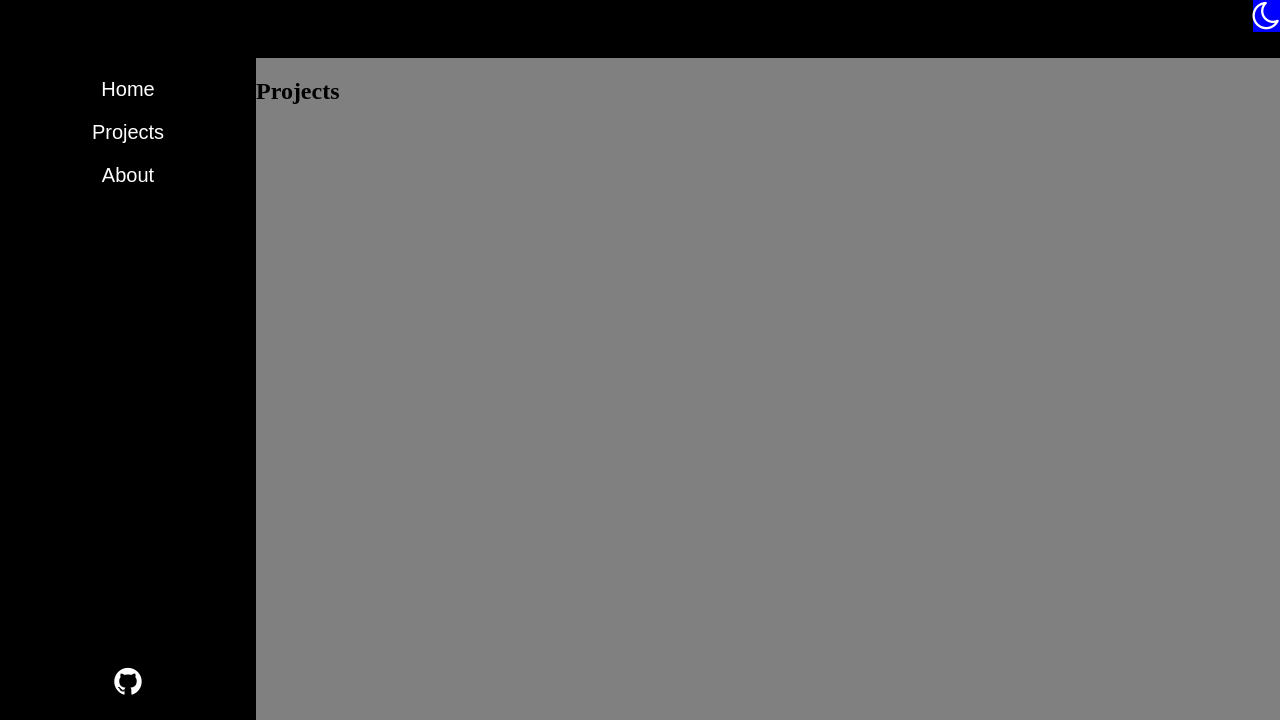
Repository: josephinel6/josephinel6.github.io
Page: index.html
The author's editor kept a copy of each file at every save. The page is drawn from the files as they stood at one save, then again after the next save.
The browser window is 1280 px wide. The pictures show the whole page.

Above is the page before, as saved 2023-04-05 08:10:18.

After the next save:
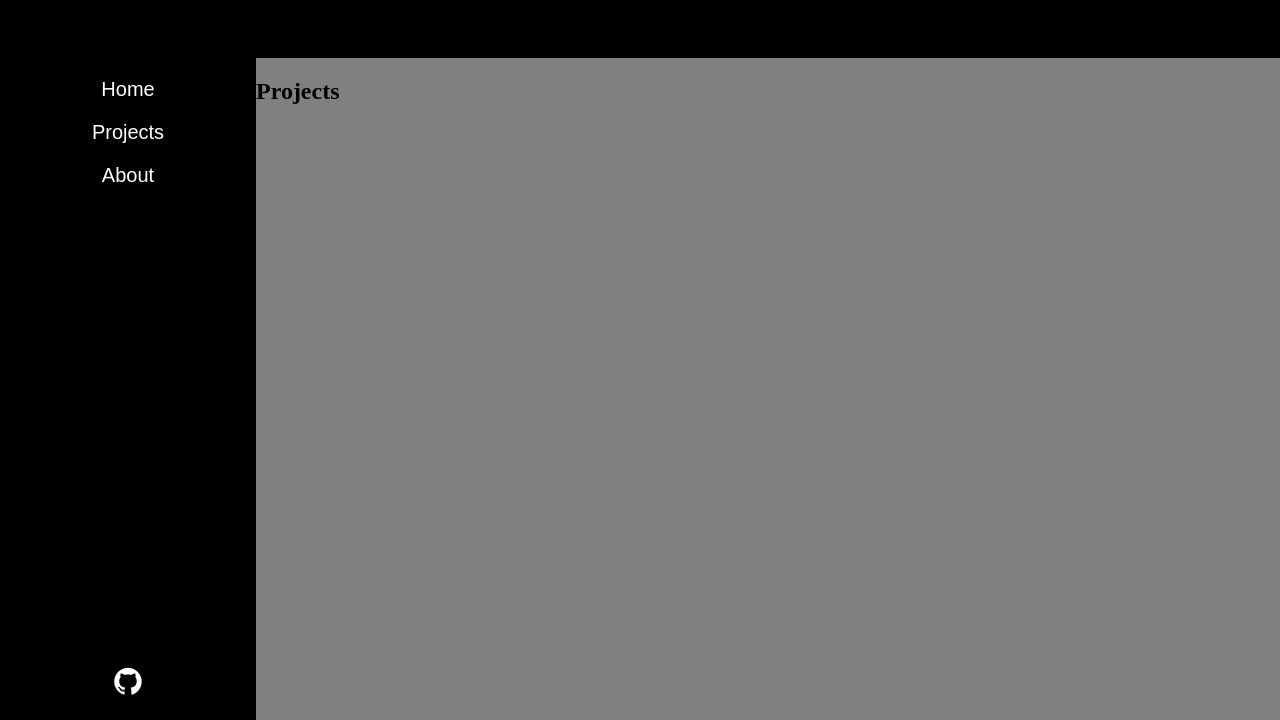
Saved 8 s later.
--- a/index.html
+++ b/index.html
@@ -110,8 +110,7 @@
         </div>
     </div>
     <div id="topbar">
-        <i onclick="daynight()" class="fa fa-moon-o fa-2x day-night"
-            style="color: white; z-index: 2; background-color: blue; position: absolute; right: 0; top: 0; "></i>
+        <i onclick="daynight()" class="fa fa-moon-o fa-2x day-night"></i>
     </div>
     <div id="window">
         <div id="homepage" class="tabcontent">

After the 2 saves that followed:
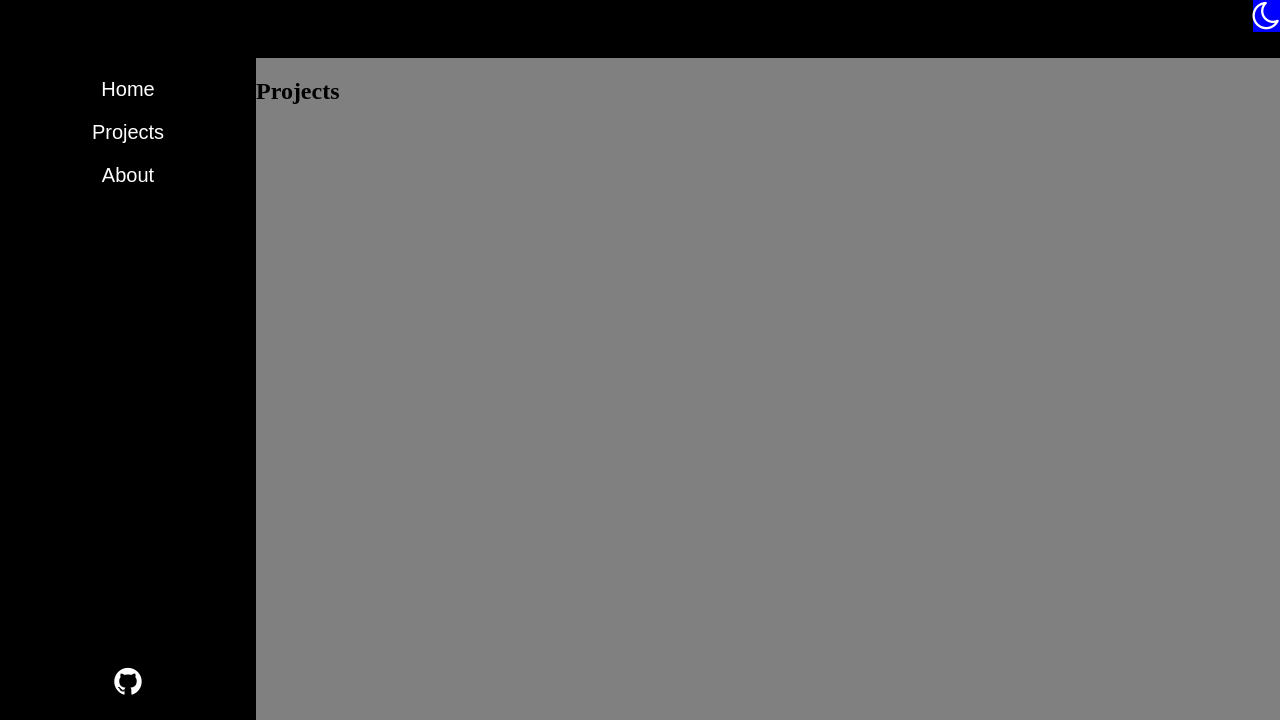
The 2 saves are shown as one change because 1 left the picture as it was.
The last was saved 18 s later.
--- a/index.html
+++ b/index.html
@@ -89,6 +89,15 @@
             font-family: sans-serif;
             font-size: 30px;
         }
+
+        #day-night {
+            color: white;
+            z-index: 2;
+            background-color: blue;
+            position: absolute;
+            right: 0;
+            top: 0;
+        }
     </style>
     <link rel="stylesheet" href="https://cdnjs.cloudflare.com/ajax/libs/font-awesome/4.7.0/css/font-awesome.min.css">
     <script type="module" src="https://cdn.jsdelivr.net/gh/zerodevx/zero-md@2/dist/zero-md.min.js"></script>
@@ -110,7 +119,7 @@
         </div>
     </div>
     <div id="topbar">
-        <i onclick="daynight()" class="fa fa-moon-o fa-2x day-night"></i>
+        <i onclick="daynight()" class="fa fa-moon-o fa-2x" id="day-night"></i>
     </div>
     <div id="window">
         <div id="homepage" class="tabcontent">
